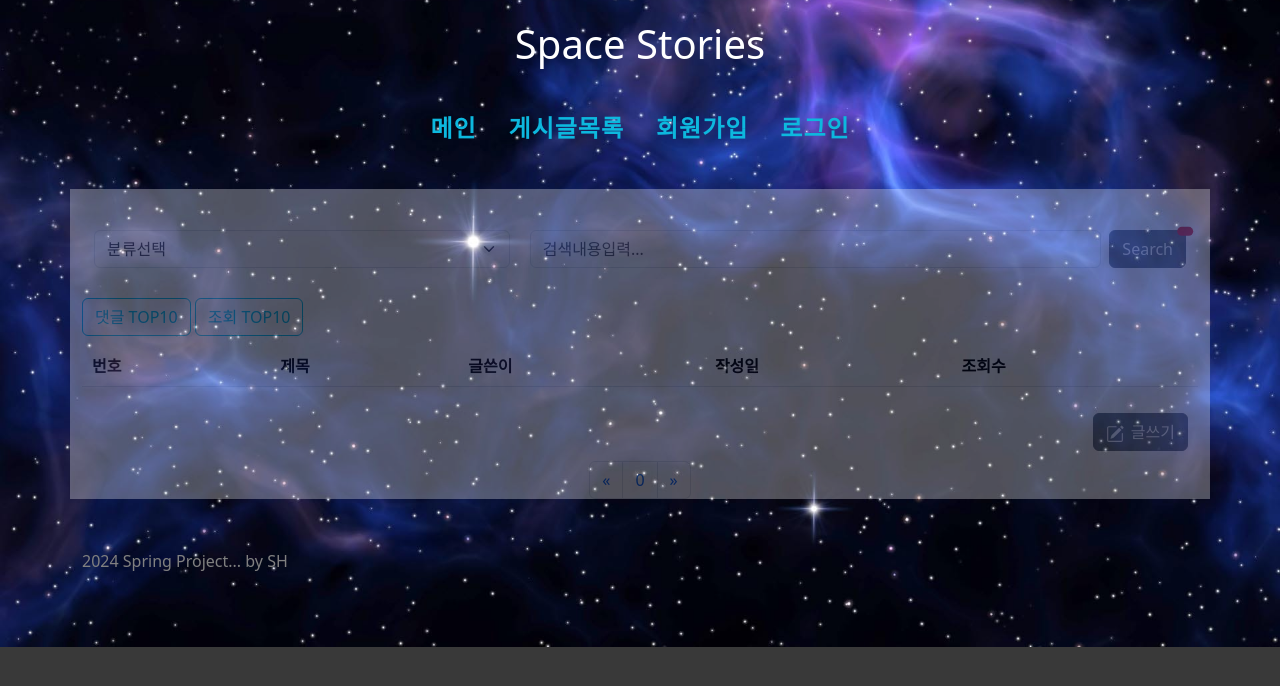
Repository: dtkd19/spring_personal_project
Page: http://localhost/myproject/WEB-INF/views/board/list.jsp
These files come from the project's save history. The page is drawn as it stood at one moment and after the next save; the edit follows.
The browser window is 1280 px wide. The pictures show the whole page.
The page is served by Tomcat 9. Nobody is signed in. The template is opened directly, without the code that normally fills it, so the values that code supplies are empty.

Above is the page before, as saved 2024-11-11 01:25:24.

After the next save:
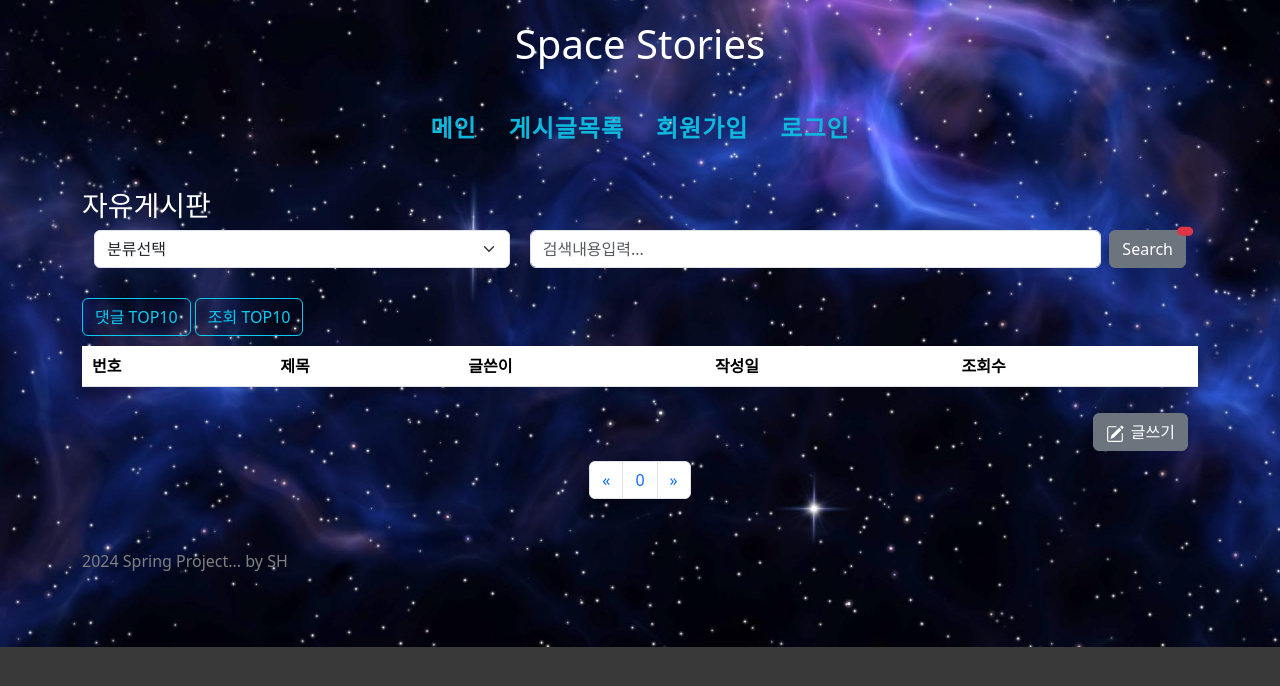
Saved 18 s later.
--- a/myproject/src/main/webapp/WEB-INF/views/board/list.jsp
+++ b/myproject/src/main/webapp/WEB-INF/views/board/list.jsp
@@ -4,7 +4,7 @@
 
 <jsp:include page="../layout/header.jsp" />
 <link href="../resources/css/list.css" rel="stylesheet"/>
-	<div class="container-md" style="background-color : rgb(255,255,255); opacity : 0.3;">
+	<div class="container-md" >
 	<h3>자유게시판</h3>
 	<!-- serach -->
 	<div class ="container-fluid" >
